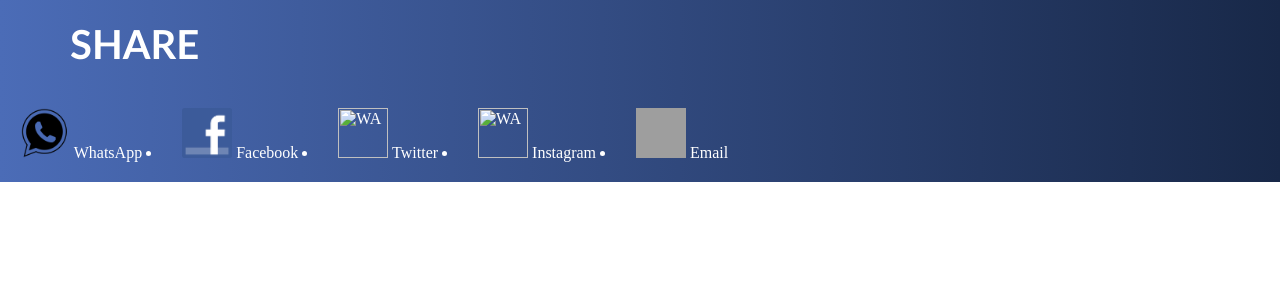
Repository: bhandarii7/TabX
Page: index.html
An editor plug-in stored every save of this project. The page is shown before and after the next save, followed by the edit.
The browser window is 1280 px wide. The pictures show the whole page.
Pictures or frames that could not be fetched are drawn as grey boxes.

Above is the page before, as saved 2021-10-04 21:33:02.
Not found: iillogo.jpg
Not found: tlogo.jfif

### index.html
<html lang="en">
<head>
    <meta charset="UTF-8">
    <meta http-equiv="X-UA-Compatible" content="IE=edge">
    <meta name="viewport" content="width=device-width, initial-scale=1.0">
    <link rel="stylesheet" href="style1.css">
    <title>Extension</title>
</head>
<body>
    <div class="box">
    <h1>SHARE</h1>
    <div >
        <ul class="button">
            <li> <img src="wlogo.png" alt="WA">
                <a href="">WhatsApp</a></li>

            <li><img src="flogo.png" alt="WA">
                <a href="">Facebook</a></li>
            <li><img src="tlogo.jfif" alt="WA">
                <a href="">Twitter</a></li>
            <li><img src="iillogo.jpg" alt="WA">
                <a href="">Instagram</a></li>
            <li><img src="elogo.png" alt="WA">
                <a href="">Email</a></li>

        </ul>
    </div>

    </div>
</body>
</html>

### style1.css
*{
    margin: 0%;
    padding: 0%;
    color: white;
}
h1{
    font-size: 40px;
    padding-left: 70px;
    padding-right: 70px;
    padding-top: 20px;
    padding-bottom: 20px;
    font-family: 'Gill Sans', 'Gill Sans MT', Calibri, 'Trebuchet MS', sans-serif;
}
.box{
    background-image: linear-gradient(to right,#4b6cb7,#182848);
}
.button{
    display: flex;
    flex-direction: row;
}
li{
    padding: 20px;
}
a{
    text-decoration: none;
}
img{
    height: 50px;
    width: 50px;
}

After the next save:
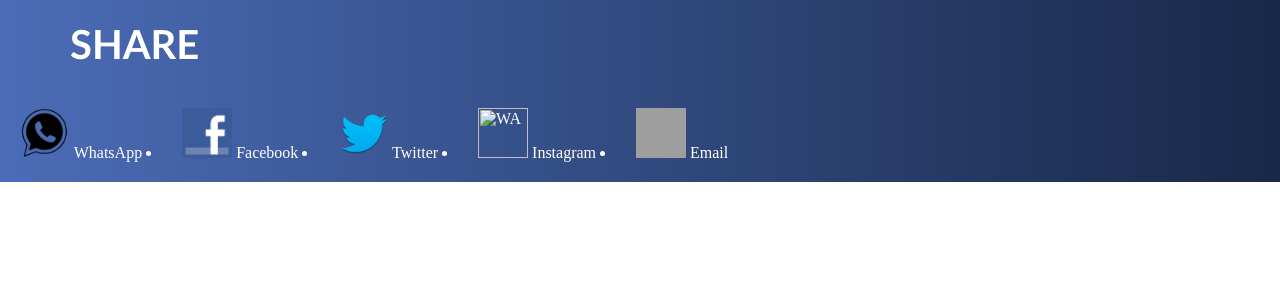
Saved 14 min 35 s later.
--- a/index.html
+++ b/index.html
@@ -16,7 +16,7 @@
 
             <li><img src="flogo.png" alt="WA">
                 <a href="">Facebook</a></li>
-            <li><img src="tlogo.jfif" alt="WA">
+            <li><img src="tlogo.png" alt="WA">
                 <a href="">Twitter</a></li>
             <li><img src="iillogo.jpg" alt="WA">
                 <a href="">Instagram</a></li>
